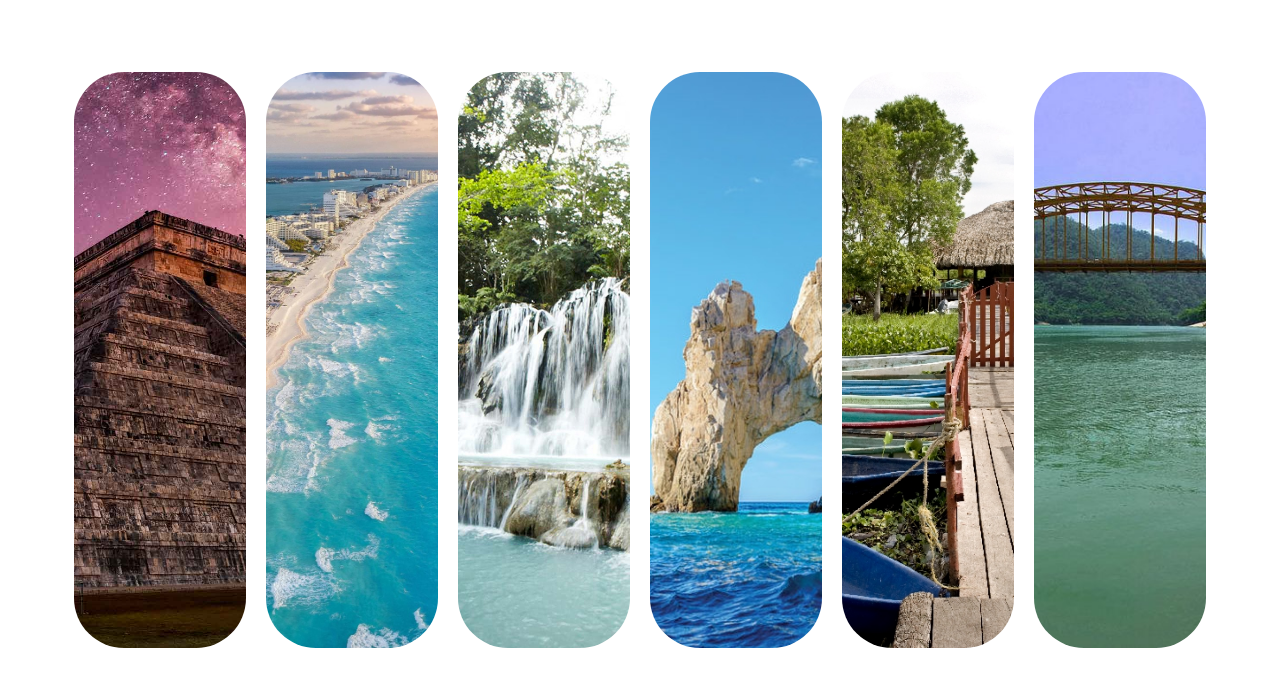
Repository: ElideZavala/Tarjetas-de-Imagenes
Page: index.html
The author's editor kept a copy of each file at every save. The page is drawn from the files as they stood at one save, then again after the next save.
The browser window is 1280 px wide. The pictures show the whole page.
Some web fonts or font styles are not loaded; a fallback is used.

Above is the page before, as saved 2021-05-27 09:45:50.
Not found: script.js

After the next save:
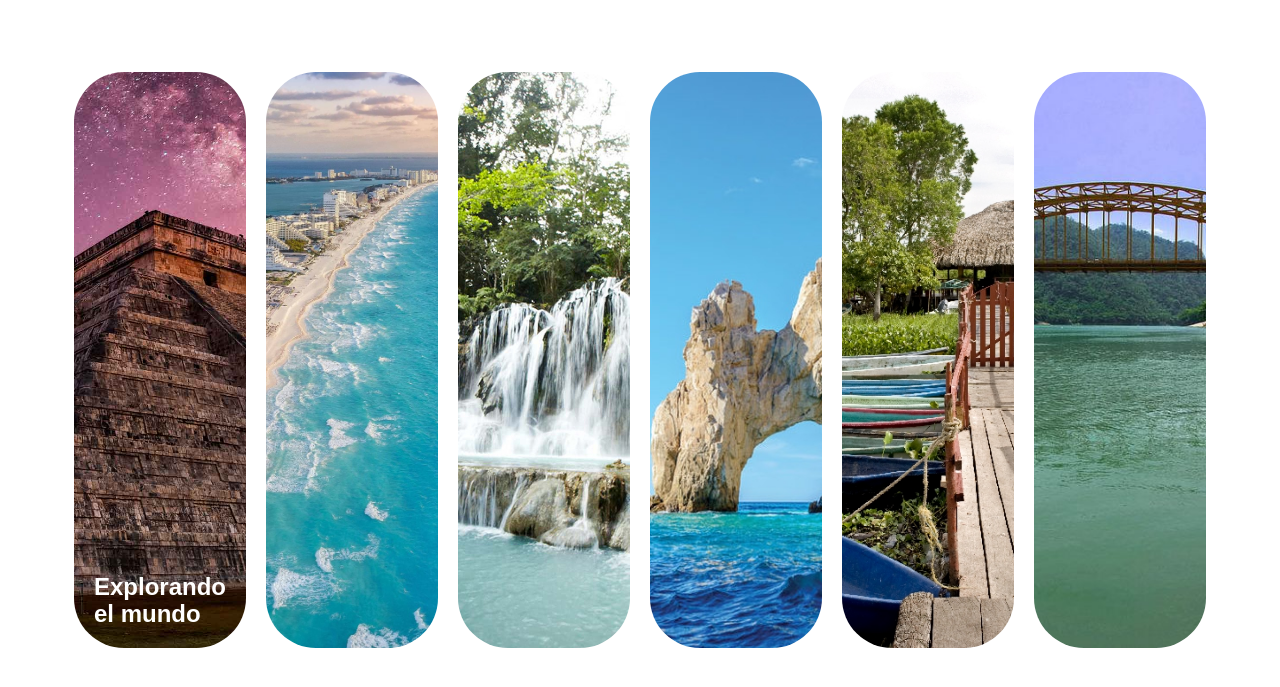
Saved 5 s later.
--- a/style.css
+++ b/style.css
@@ -47,6 +47,6 @@ body {
 	flex: 5;
 }
 
-/* .panel.active h3 {
+.panel.active h3 {
 	opacity: 1;
-} */
+}
